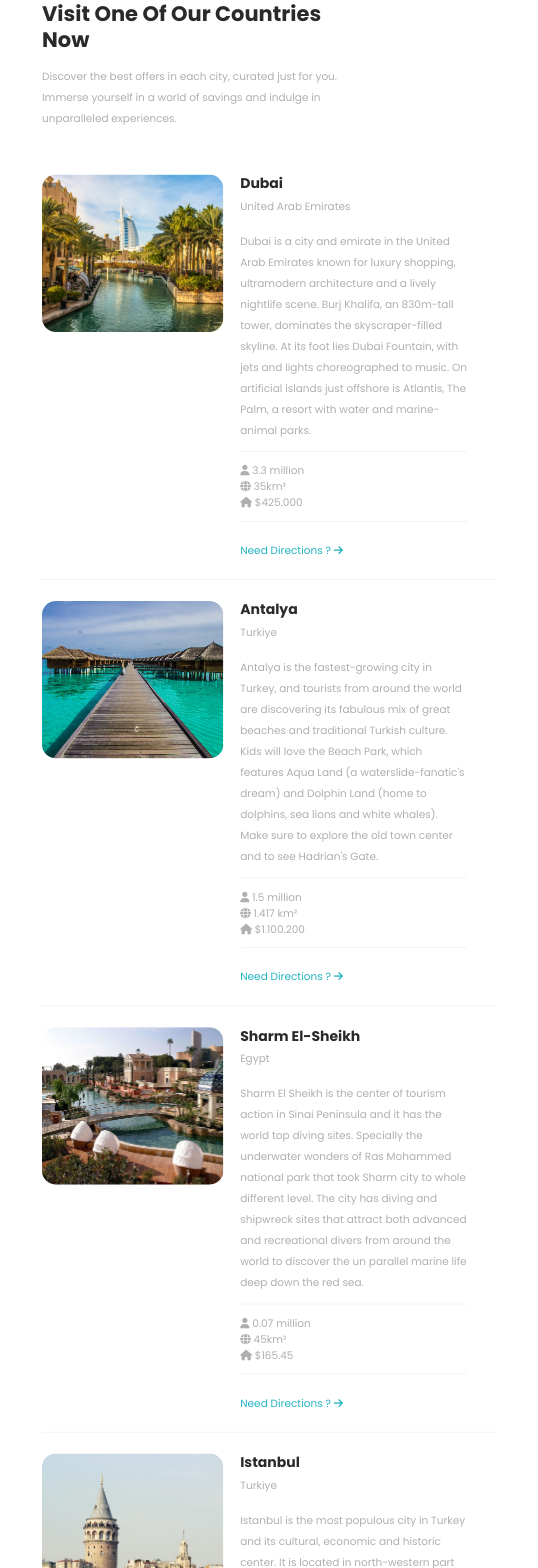
Repository: asadbekdev07/asadbekdev-zamontour-react
Page: /
These files come from the project's save history. The page is drawn as it stood at one moment and after the next save; the edit follows.
The browser window is 768 px wide. The pictures show the part of the page from y = 3908 to 6148 px (the page is 6543 px tall), at 70% of full size.
The project was rebuilt for these pictures with package versions that can differ from the ones it lists, and the page was loaded fresh each time. Also part of the build but not shown: vite.config.js.

Above is the page before, as saved 2024-05-26 20:18:02.

After the next save:
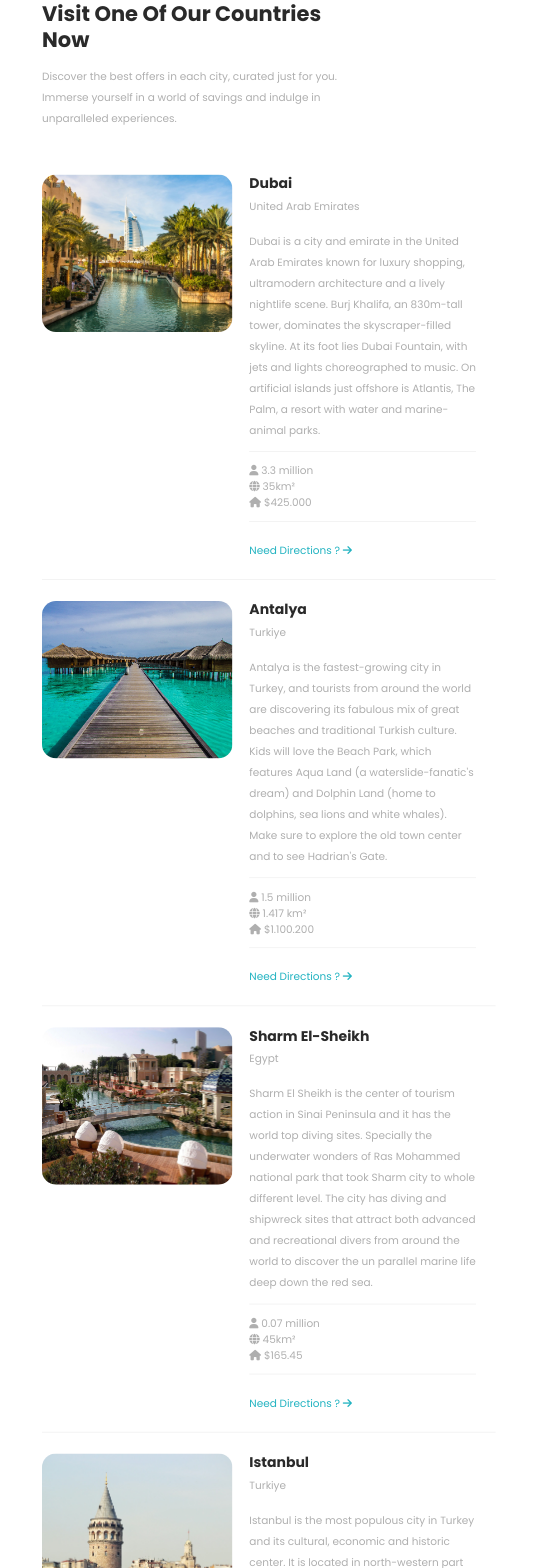
Saved 33 s later.
--- a/src/assets/styles/index.css
+++ b/src/assets/styles/index.css
@@ -883,7 +883,7 @@ select:-webkit-autofill:focus {
     margin: 0 -8px;
   }
   .visit__img {
-    width: 40%;
+    width: 42%;
     height: 225px;
   }
   .visit__info {
